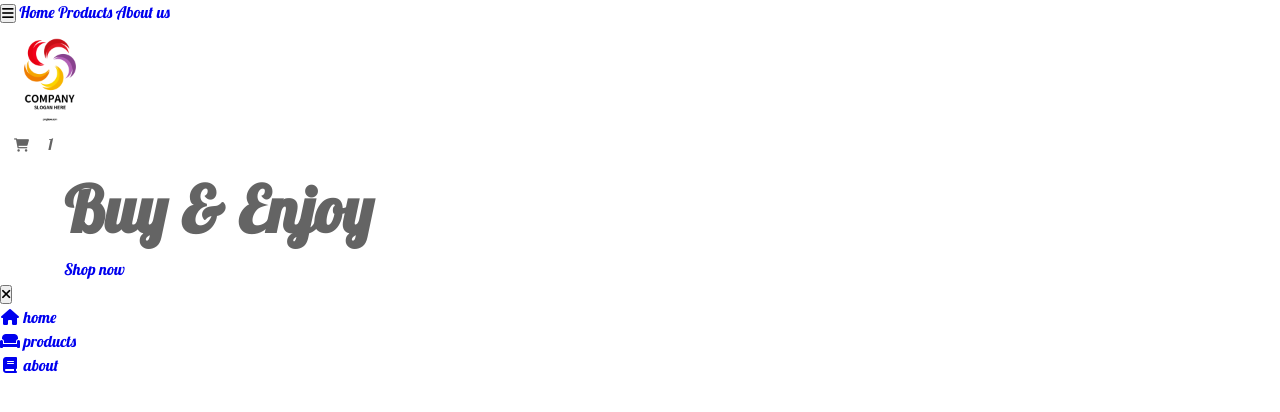
Repository: tetlisna/myprojectJS2
Page: index.html
These files come from the project's save history. The page is drawn as it stood at one moment and after a run of saves; the edit follows.
The browser window is 1280 px wide. The pictures show the whole page.
Some web fonts or font styles are not loaded; a fallback is used.

Above is the page before, as saved 2022-09-04 19:33:06.

After the next 2 saves:
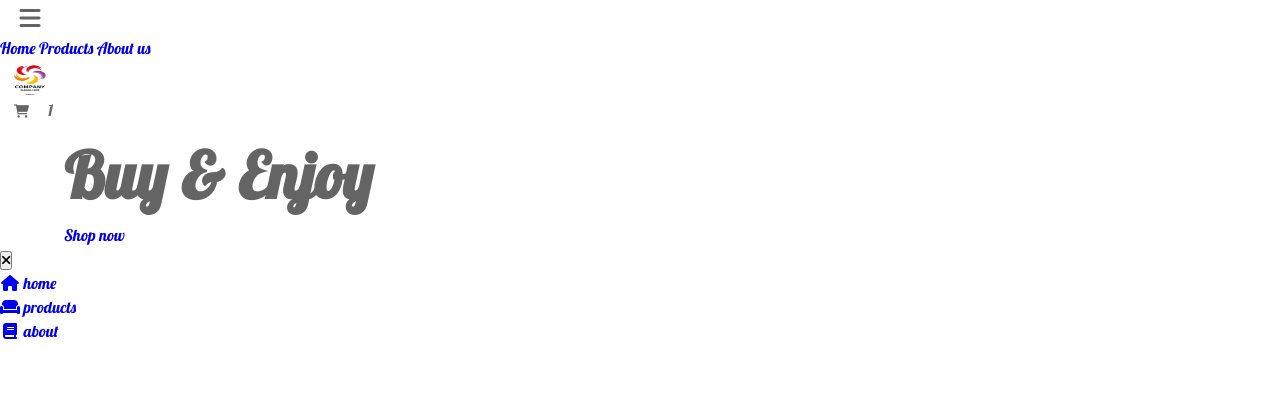
The 2 saves are shown as one change because they came seconds apart.
The last was saved 12 s later.
--- a/css/style.css
+++ b/css/style.css
@@ -68,5 +68,16 @@ p {
     color: var(--dark-grey);
   } */
 .nav-logo {
-
+    background: var(--clr-primary-5);
+  border-color: transparent;
+  color: var(--clr-white);
+  width: 3.75rem;
+  height: 2.25rem;
+  display: flex;
+  align-items: center;
+  justify-content: center;
+  font-size: 1.5rem;
+  border-radius: 2rem;
+  cursor: pointer;
+  transition: var(--transition);
 }
